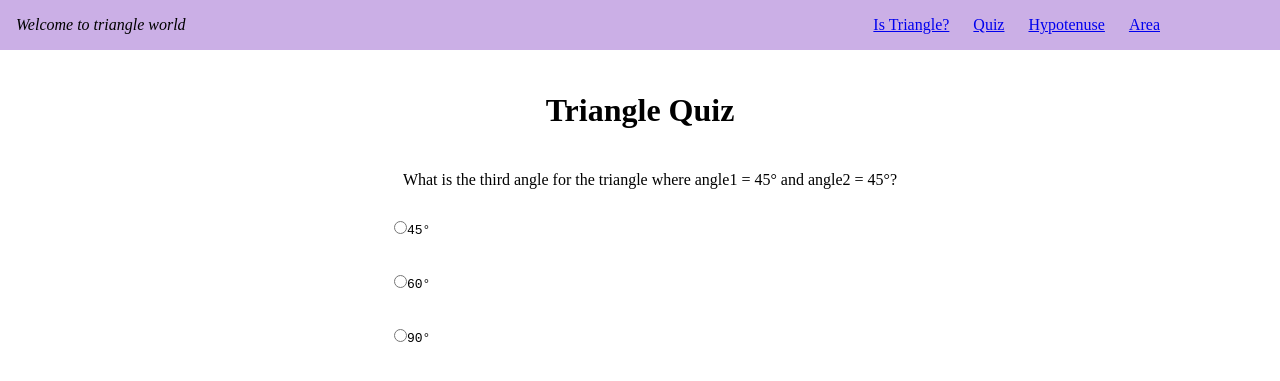
Repository: patelamancode/Fun-with-trianles
Page: quiz.html
The author's editor kept a copy of each file at every save. The page is drawn from the files as they stood at one save, then again after the next save.
The browser window is 1280 px wide. The pictures show the whole page.

Above is the page before, as saved 2022-11-28 19:02:25.
Console error: TypeError: Cannot read properties of null (reading 'addEventListener')

### quiz.html
<!DOCTYPE html>
<html lang="en">
<head>
    <meta charset="UTF-8">
    <meta http-equiv="X-UA-Compatible" content="IE=edge">
    <meta name="viewport" content="width=device-width, initial-scale=1.0">
    <link rel="stylesheet" href="index.css">
    <title>Quiz-page</title>
</head>
<body>
    <nav id="navbar">
        <p id="nav-title">Welcome to triangle world</p>
        <div id="nav-links">
            <a href="index.html" id="Is-triangle">Is Triangle?</a>
            <a href="quiz.html" id="Is-triangle">Quiz</a>
            <a href="hypotenuse.html" id="hypo">Hypotenuse</a>
            <a href="area.html" id="area">Area</a>
        </div>
    </nav>
    <div id="main-container">
        <h1>Triangle Quiz</h1>
        <form >
            <div class="question-container">
                <p>What is the third angle for the triangle where angle1 = 45° and angle2 = 45°?</p>
                <label for="value1"><input type="radio" name="question1" />45°</label>
                <label for="value2"><input type="radio" name="question1" />60°</label>
                <label for="value3"><input type="radio" name="question1" />90°</label>
            </div>
        </form>
    </div>
    <script src="index.js"></script>
</body>
</html>

### index.css
* {
  margin: 0;
  padding: 0;
}

#navbar {
  background-color: rgba(143, 82, 201, 0.459);
  display: flex;
  flex-direction: row;
  justify-content: space-between;
  padding: 1rem;
}
#nav-title {
  font-style: italic;
  font-weight: 300;
  font-size: medium;
}
#nav-links {
  display: flex;
  flex-direction: row;
  justify-content: space-around;
  margin-right: 5rem;
}

#nav-links a {
    display: flex;
    margin-right: 1.5rem;
    cursor: pointer;
}

#main-container {
  display: flex;
  flex-direction: column;
  width: 40vw;
  margin: auto;
  margin-top: 2rem;
  padding: 10px;
  text-align: center;
}

.app-title {
  margin: 2rem 0 0 0;
}

#error-check-for-angles{
  background-color: yellow;
  display: none;
  padding: 0.5rem;
}

label {
  margin-top: 2rem;
  margin-bottom: 0.3rem;
  text-align: left;
  font-family: monospace;
}
input {
  border: 2px solid rgb(134, 55, 207);
  border-radius: 5px;
  padding: 5px;
}

/* For Quiz page */

.question-container{
  display: flex;
  flex-direction: column;
  width: 40vw;
  margin: auto;
  margin-top: 2rem;
  padding: 10px;

}



#check-btn {
  margin: auto;
  text-align: center;
  margin-top: 2rem;
  width: 40%;
  padding: 5px 0px;
  background-color: rgba(143, 82, 201, 0.521);
  border: 1px solid;
  border-radius: 5px;
}
#result-display {
    display: none;
    padding-top: 1rem;
    font-style: italic;
    margin: auto;
  }

### index.js
const angle1 = document.querySelector('#angle1-input');
const angle2 = document.querySelector('#angle2-input');
const angle3 = document.querySelector('#angle3-input');
const button = document.querySelector('#check-btn');
const output = document.querySelector('#result-display');
const errorForInputs = document.querySelector('#error-check-for-angles');

// function errorForInputs(msg){
//     errorForInputs.style.display = "flex";
//     errorForInputs.innerText = msg;
// }
function showOutputMessage(msg){
    output.style.display = "flex";
    output.innerText = msg;
}
// For Is triangle :
function calculateSumOfAngles(input1,input2,input3){
    const sumOfAngles = input1 +input2 +input3;
    if(sumOfAngles === 180){
        showOutputMessage("Yeah..🤗This is a triangle");
    }else {
        showOutputMessage("Please enter some valid inputs to form a triangle 🤪");
    }
}
function isTriangle(){
    var num1 = Number(angle1.value);
    var num2 = Number(angle2.value);
    var num3 = Number(angle3.value);
    if(!num1 || !num2 || !num3){
        console.log("Please make sure about all inputs as per mention format");
    }else {
        calculateSumOfAngles(num1,num3,num3);
    }
}

// For Quiz :





button.addEventListener('click', function(){
    isTriangle();
})

After the next save:
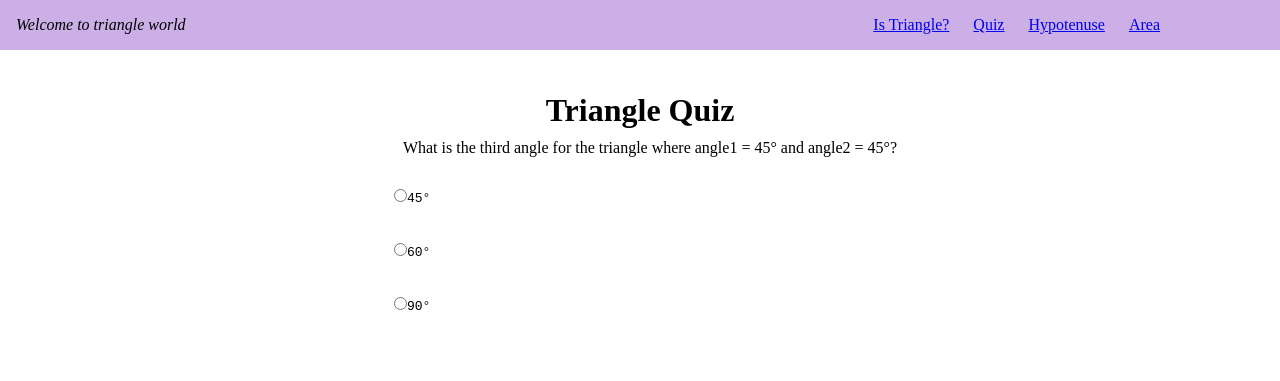
Saved 50 s later.
--- a/index.css
+++ b/index.css
@@ -67,7 +67,6 @@ input {
   flex-direction: column;
   width: 40vw;
   margin: auto;
-  margin-top: 2rem;
   padding: 10px;
 
 }
